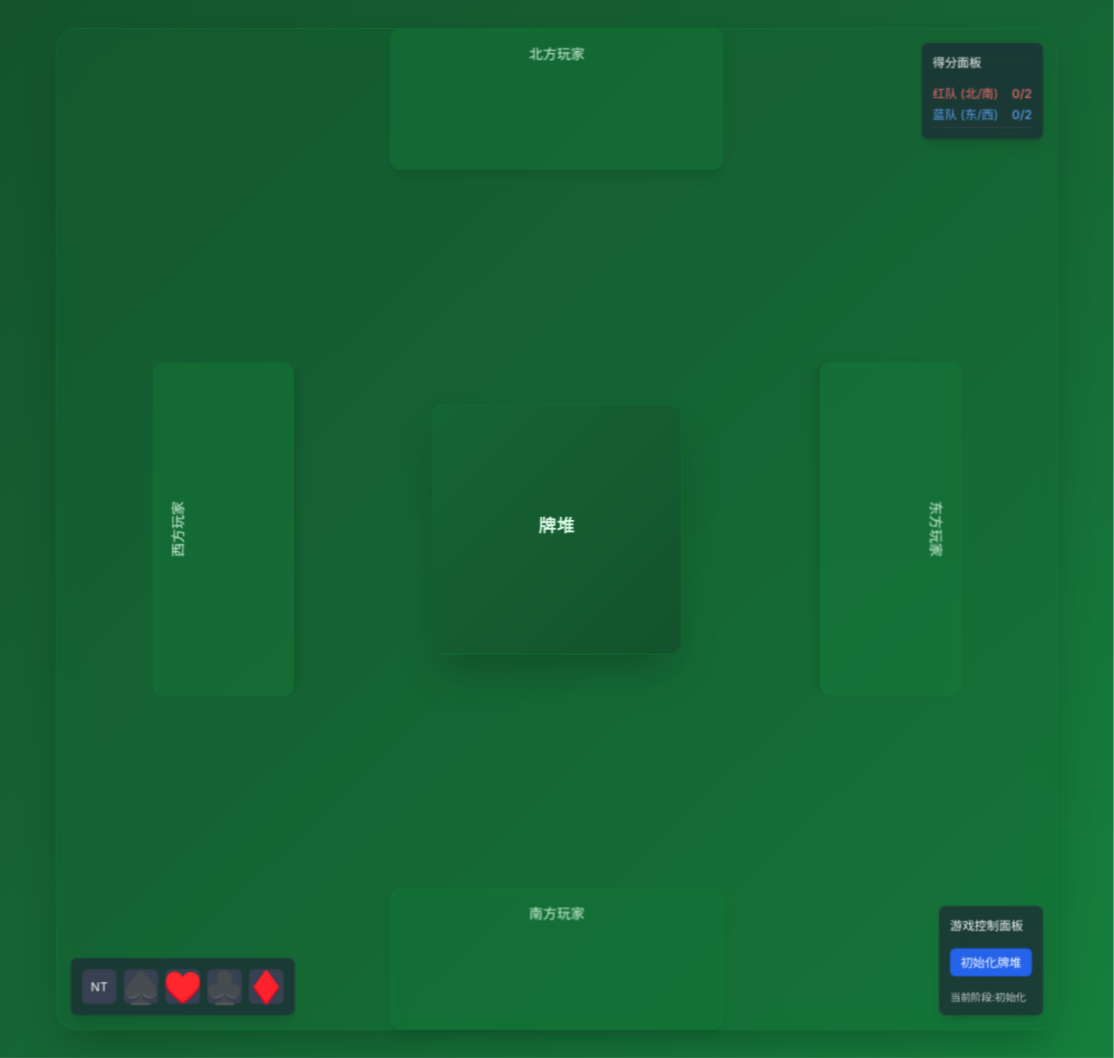
Repository: laofansay/Tractor80
Page: /
The author's editor kept a copy of each file at every save. The page is drawn from the files as they stood at one save, then again after the next save.
The browser window is 1280 px wide. The pictures show the whole page, at 87% of full size.
The project was rebuilt for these pictures with package versions that can differ from the ones it lists, and the page was loaded fresh each time. The framework's server and built-in components were replaced by stand-ins that run in the browser. Also part of the build but not shown: next.config.js, app/components/Card.tsx.

Above is the page before, as saved 2025-03-11 10:06:25.

After the next save:
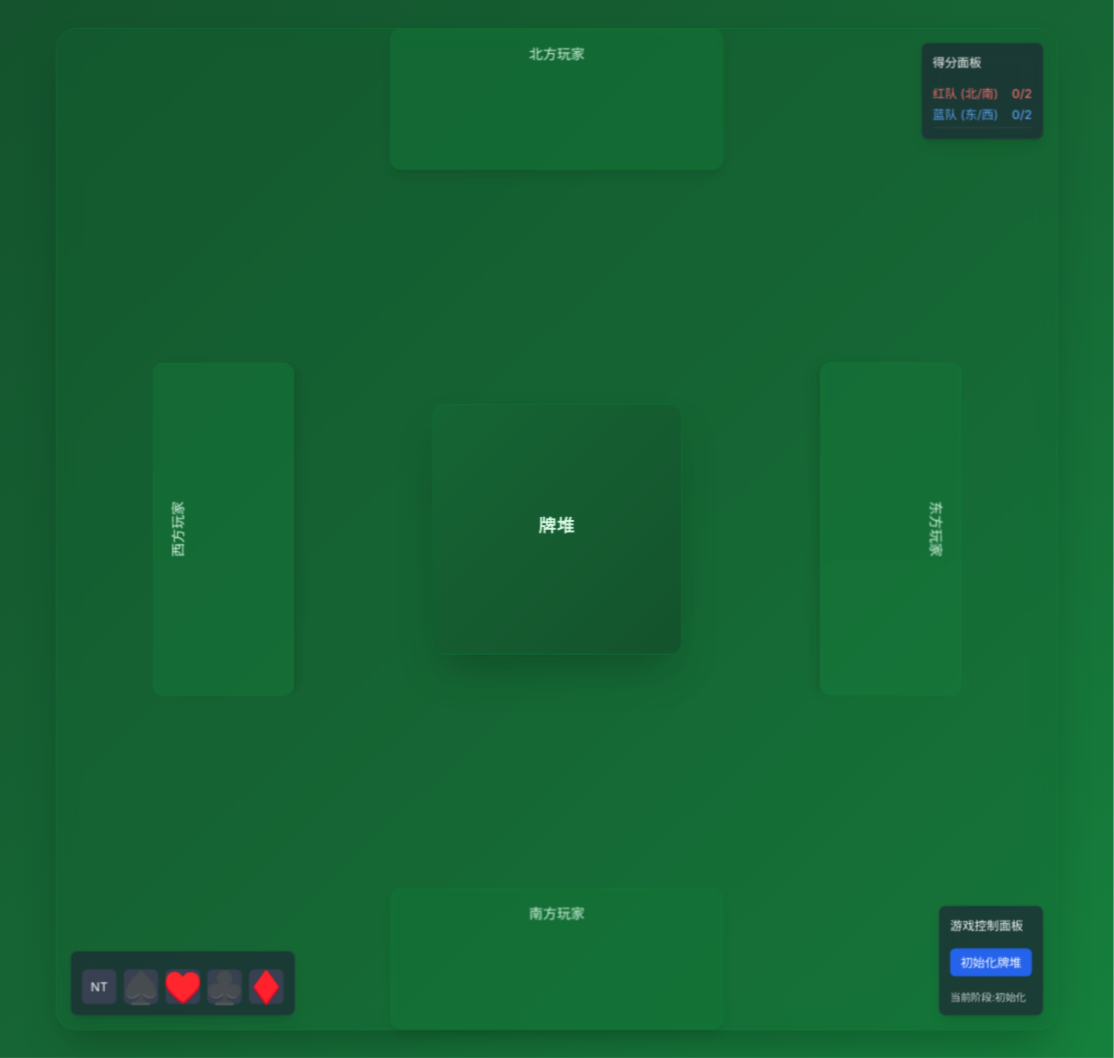
Saved 3 min 46 s later.
--- a/app/components/TrumpSelectionPanel.tsx
+++ b/app/components/TrumpSelectionPanel.tsx
@@ -18,6 +18,7 @@ export function TrumpSelectionPanel({ onSelectTrump, gamePhase, availableSuits,
   return (
     <div className="absolute bottom-4 left-4 p-3 bg-gray-800/70 rounded-lg backdrop-blur-md border border-gray-700/50 shadow-lg">
       <div className="flex flex-col gap-2">
+        <div>{availableSuits}</div>
         <div className="flex flex-row gap-2">
           <button
             onClick={() => (availableSuits.includes('J') || availableSuits.includes('B')) && onSelectTrump('NT')}
